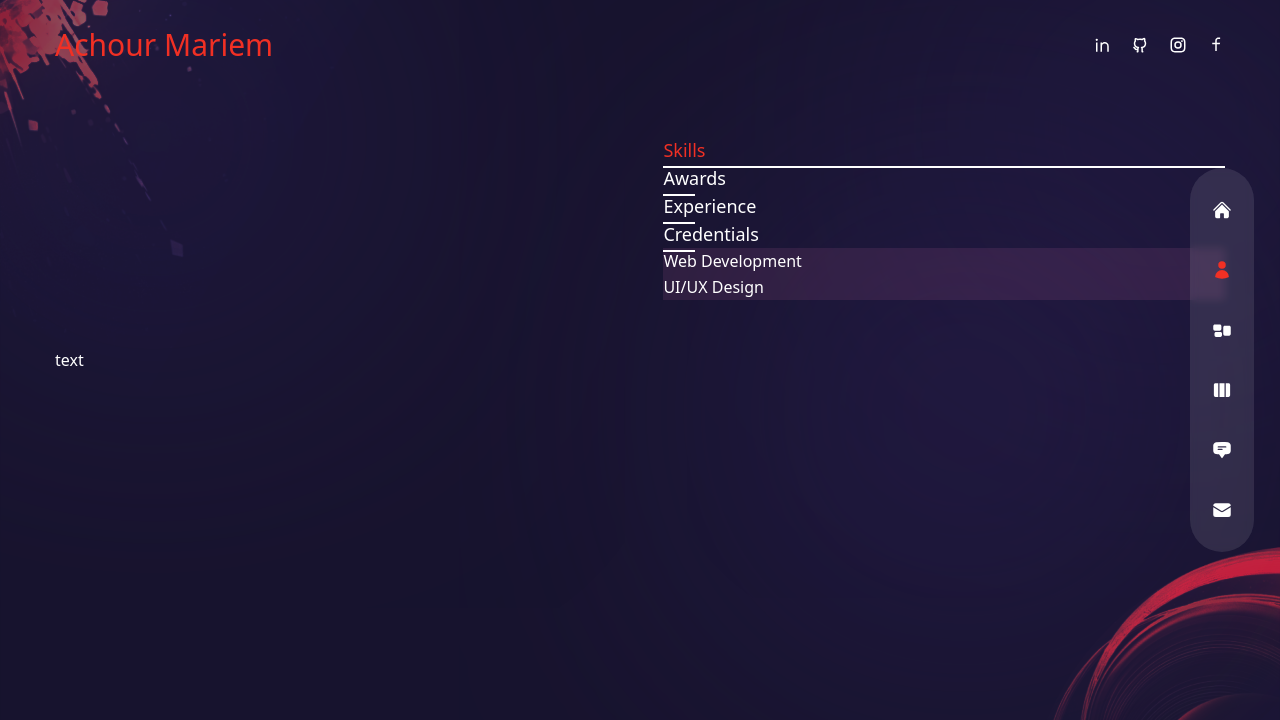
Repository: AchourMaryem/My-personal-portfolio
Page: /about
The author's editor kept a copy of each file at every save. The page is drawn from the files as they stood at one save, then again after a run of saves.
The browser window is 1280 px wide. The pictures show the whole page.
The project was rebuilt for these pictures with package versions that can differ from the ones it lists, and the page was loaded fresh each time. The framework's server and built-in components were replaced by stand-ins that run in the browser. Also part of the build but not shown: next.config.js.

Above is the page before, as saved 2023-09-22 02:15:36.

### pages/_app.js
import '../styles/globals.css';
import Layout from '../components/Layout';
import Transition from '../components/Transition';
import { useRouter } from 'next/router';
import { AnimatePresence, motion } from 'framer-motion';

function MyApp({ Component, pageProps }) {
  const router = useRouter();
  return(
  <Layout>
    <AnimatePresence mode='wait'>
      <motion.div key={router.route} className='h-full'>
        <Transition />
        <Component {...pageProps} />
      </motion.div>
  </AnimatePresence>
  </Layout>
  );
}

export default MyApp;

### pages/about/index.js
import React, { useState } from 'react';

// icons
import {
  FaHtml5,
  FaCss3,
  FaJs,
  FaReact,
  FaWordpress,
  FaFigma,
} from "react-icons/fa";

import {
  SiNextdotjs,
  SiFramer,
  SiAdobexd,
  SiAdobephotoshop,
} from "react-icons/si";


//  data
export const aboutData = [
  {
    title: 'skills',
    info: [
      {
        title: 'Web Development',
        icons: [
          <FaHtml5 />,
          <FaCss3 />,
          <FaJs />,
          <FaReact />,
          <SiNextdotjs />,
          <SiFramer />,
          <FaWordpress />,
        ],
      },
      {
        title: 'UI/UX Design',
        icons: [<FaFigma />, <SiAdobexd />, <SiAdobephotoshop />],
      },
    ],
  },
  {
    title: 'awards',
    info: [
      {
        title: 'Webby Awards - Honoree',
        stage: '2011 - 2012',
      },
      {
        title: 'Adobe Design Achievement Awards - Finalist',
        stage: '2009 - 2010',
      },
    ],
  },
  {
    title: 'experience',
    info: [
      {
        title: 'UX/UI Designer - XYZ Company',
        stage: '2012 - 2023',
      },
      {
        title: 'Web Developer - ABC Agency',
        stage: '2010 - 2012',
      },
      {
        title: 'Intern - DEF Corporation',
        stage: '2008 - 2010',
      },
    ],
  },
  {
    title: 'credentials',
    info: [
      {
        title: 'Web Development - ABC University, LA, CA',
        stage: '2011',
      },
      {
        title: 'Computer Science Diploma - AV Technical Institute',
        stage: '2009',
      },
      {
        title: 'Certified Graphic Designer - ABC Institute, Los Angeles, CA',
        stage: '2006',
      },
    ],
  },
];

import Avatar from '../../components/Avatar';
import Circles from '../../components/Circles';
import {motion} from 'framer-motion';
import {fadeIn} from '../../variants';

const About = () => {
  const [index,setIndex] = useState(0);
  return (
  <div className='h-full bg-primary/30 py-32 text-center xl:text-left'>
    <Circles />
    <motion.div
     variants={fadeIn('right',0.2)}
      initial="hidden"
      animate="show"
      exit="hidden"
      className='hidden xl:flex absolute bottom-0 -left-[370px]'>
<Avatar />
    </motion.div>
    <div className='container mx-auto h-full flex felx-col items-center xl:flex-row gap-x-6'>
      <div className='flex-1 flex flex-col justify-center'>text</div>
      <div className='flex flex-col w-full xl:max-w-[48%] h-[480px]'>
        <div className='flex gap-x-4 xl:gap-x-8 mx-auto xl:mx-0 mb-4'>
        </div>
        <div>
          {aboutData.map((item, itemIndex)=>{
            return (
              <div
              key={itemIndex}
              className={`${index === itemIndex && 'text-accent after:w-[100%] after:bg-accent after:transition-all after:duration-300'} cursor-pointer capitalize xl:text-lg relative after:w-8 after:h-[2px] after:bg-white after:absolute after:-bottom-1 after:left-0`}
           onClick={()=> setIndex(itemIndex)}
           >
              {item.title}
            </div>
            );
          })}
        </div>
        <div className='bg-pink-400/10'>
  {aboutData[index].info.map((item, itemIndex) => {
    return (
      <div key={itemIndex}>
        <div>{item.title}</div>
      </div>
    );
  })}
</div>

      </div>
    </div>
  </div>
  );
};

export default About;

### styles/globals.css
@tailwind base;
@tailwind components;
@tailwind utilities;

.translate-z-0 {
  transform: translateZ(0px);
}
.swiper-horizontal > .swiper-pagination-bullets .swiper-pagination-bullet,
.swiper-pagination-horizontal.swiper-pagination-bullets
  .swiper-pagination-bullet {
  background-color: #f13024;
}

.swiper-button-next:after,
.swiper-button-prev:after,
.swiper-button-next:after,
.swiper-rtl .swiper-button-prev:after {
  color: #f13024;
}

@layer base {
  body {
    @apply bg-secondary overflow-hidden leading-relaxed;
  }
  .page {
    @apply w-full h-screen overflow-hidden;
  }
  .h1 {
    @apply text-[35px] leading-tight md:text-[60px] md:leading-[1.3] mb-8 font-semibold;
  }
  .h2 {
    @apply text-[35px] leading-tight md:text-[54px] md:leading-[1.3] mb-4 font-semibold;
  }
  p {
    @apply leading-[1.8] text-white/60 font-light;
  }
  .btn,
  .input {
    @apply h-[52px];
  }
  .input {
    @apply w-full h-[52px] rounded-lg pl-6 capitalize;
  }
  .input,
  .textarea {
    @apply bg-transparent outline-none focus:ring-1 focus:ring-accent border border-white/20 placeholder:text-white/30 placeholder:font-light;
  }
  .textarea {
    @apply w-full h-[180px] p-6 capitalize rounded-lg resize-none;
  }
  .scrollable-content {
    /* Modifier la couleur de la barre de défilement en gris */
    scrollbar-width: thin;
    scrollbar-color: gray gray; /* Couleur de la barre de défilement et du track (fond) */
  }

  .scrollable-content::-webkit-scrollbar {
    width: 6px; /* Largeur de la barre de défilement */
  }

  .scrollable-content::-webkit-scrollbar-thumb {
    background-color: gray; /* Couleur de la barre de défilement */
  }

}

### components/Layout.js
import {Sora} from '@next/font/google'


const sora = Sora({
  subsets:['latin'],
  variable:'--font-sora',
  weight:['100','200','300','400','500','600','700','800'],
});
import Nav from '../components/Nav'
import Header from '../components/Header'
import TopLeftImg from '../components/TopLeftImg'

const Layout = ({children}) => {
  return <div className={'page bg-site text-white bg-cover bg-no-repeat ${sora.variable} font-sora relative '}>
   <TopLeftImg />
    <Nav />
    <Header />
    {children}
  </div>;
};

export default Layout;

### components/Transition.js
import {motion} from 'framer-motion';

const transitionVariants = {
  initial: {
    x: '100%',
    width: '100%',
  },
  animate: {
    x: '0%',
    width: '0%',
  },
  exit: {
    x: ['0%', '100%'],
    width: ['0%', '100%'],
  },
};

const Transition = () => {
  return (
    <>
      <motion.div
        className='fixed top-0 bottom-0 right-full w-screen h-screen z-30 bg-[#2e2257]'
        variants={transitionVariants}
        initial='initial'
        animate='animate'
        exit='exit'
        transition={{ delay: 0.2, duration: 0.6, ease: 'easeInOut' }}
      >
      </motion.div>
      <motion.div
        className='fixed top-0 bottom-0 right-full w-screen h-screen z-20 bg-[#3b2d71]'
        variants={transitionVariants}
        initial='initial'
        animate='animate'
        exit='exit'
        transition={{ delay: 0.4, duration: 0.6, ease: 'easeInOut' }}
      >
      </motion.div>
      <motion.div
        className='fixed top-0 bottom-0 right-full w-screen h-screen z-10 bg-[#4b3792]'
        variants={transitionVariants}
        initial='initial'
        animate='animate'
        exit='exit'
        transition={{ delay: 0.6, duration: 0.6, ease: 'easeInOut' }}
      >
      </motion.div>
    </>
  );
};

export default Transition;

### components/Avatar.js
import Image from 'next/image';

const Avatar = () => {
  return (
  <div className='hidden xl:flex xl:max-w-none'>
<Image
src={'/imagee.png'}
width={737}
height={678}
 alt=""
className='translate-z-0 w-full h-full'/>
  </div>
);
};

export default Avatar;

### components/Circles.js
import Image from 'next/image';

const Circles = () => {
  return (
  <div className='w-[200px] xl:w-[300px] absolute -right-16 -bottom-2 mix-blend-color-dodge animate-pulse duration-75 z-10'>
    <Image src={'/circles.png'}
     width={260}
     height={200}
      className='w-full h-full'
    alt="" />
  </div>);
};

export default Circles;

### components/Nav.js
// icons
import {
  HiHome,
  HiUser,
  HiViewColumns,
  HiRectangleGroup,
  HiChatBubbleBottomCenterText,
  HiEnvelope,
} from 'react-icons/hi2';

// nav data
export const navData = [
  { name: 'home', path: '/', icon: <HiHome /> },
  { name: 'about', path: '/about', icon: <HiUser /> },
  { name: 'services', path: '/services', icon: <HiRectangleGroup /> },
  { name: 'work', path: '/work', icon: <HiViewColumns /> },
  {
    name: 'testimonials',
    path: '/testimonials',
    icon: <HiChatBubbleBottomCenterText />,
  },
  {
    name: 'contact',
    path: '/contact',
    icon: <HiEnvelope />,
  },
];
import Link from 'next/link';
import { useRouter } from 'next/router';
const Nav = () => {
  const router = useRouter();
  const pathname = router.pathname;
  return (
    <nav className='flex flex-col items-center xl:justify-center gap-y-4 fixed h-max bottom-0 mt-auto xl:right-[2%] z-50 top-0 w-full xl:w-16 xl:max-w-md xl:h-screen' >
      {/*inner*/}
      <div className='flex w-full xl:flex-col items-center justify-between xl:justify-center gap-y-10 px-4 md:px-40 xl:px-0 h-[80px] xl:h-max py-8 bg-white/10 backdrop-blur-sm text-3xl xl:text-xl xl:rounded-full '>
        {navData.map((link, index) => {
         return(
          <Link
          className={`${link.path === pathname && 'text-accent'} relative flex items-center group hover:text-accent transition-all duration-300`}
          href={link.path}
          key={index}
          >

          {/* tooltip */}
          <div className='absolute pr-14 right-0 hidden xl:group-hover:flex'>
          <div className='bg-white relative flex text-primary itemscenter p-[6px] rounded-[3px]'>
          <div className='text-[12px] leading-none font-semibold capitalize'>
            {link.name}
            </div>
         {/* triangle */}
         <div className='border-solid border-l-white border-l-8 border-y-transparent border-y-[6px] border-r-0 absolute -right-2'></div>

          </div>
          </div>
         <div> {link.icon}</div>

        </Link>
        );
})}
      </div>
    </nav>
  );
};

export default Nav;

### components/Header.js
import Image from "next/image";
import Link from "next/link";
import { useRouter } from 'next/router';

import Socials from '../components/Socials';
const Header = () => {
  const router = useRouter();

  return (
    <header className="absolute z-30 w-full flex items-center px-16 xl:px-0 xl:h-[90px]">
      <div className="container mx-auto">
        <div className="flex flex-col lg:flex-row justify-between items-center py-8">
          {router.pathname === '/' ? (
            <Link href="/"></Link>
          ) : (
         <Link href="/" className="text-3xl text-accent "  >Achour Mariem</Link>
          )}
            <Socials>Socials</Socials>
        </div>
          </div>
    </header>

  );
};

export default Header;

### components/TopLeftImg.js
import Image from "next/image";
const TopLeftImg = () => {
  return <div className="absolute left-0 top-0 mix-blend-color-dodge z-10 w-[200px] xl:w-[400px] opacity-50">
    <Image src='/top-left-img.png' width={400} height={400}  alt=""/>
  </div>;
};

export default TopLeftImg;

### components/Socials.js
import Link from "next/link";
import {
  RiLinkedinLine,
  RiGithubLine,
  RiInstagramLine,
  RiFacebookLine} from 'react-icons/ri'
const Socials = () => {
  return (
  <div className="flex items-center gap-x-5 text-lg">
    <Link href={'https://www.linkedin.com/in/mariem-achour-915469235/'} target="_blank" rel="noopener noreferrer" className="hover:text-accent transition-all duration-300">
      <RiLinkedinLine />
    </Link>
    <Link href={'https://github.com/AchourMaryem?tab=repositories'} target="_blank" rel="noopener noreferrer" className="hover:text-accent transition-all duration-300">
      <RiGithubLine />
    </Link>
    <Link href={'https://www.instagram.com/maryem_achouur/'} className="hover:text-accent transition-all duration-300"target="_blank" rel="noopener noreferrer">
      <RiInstagramLine />
    </Link>
    <Link href={'https://www.facebook.com/profile.php?id=100070889742279'} className="hover:text-accent transition-all duration-300" target="_blank" rel="noopener noreferrer">
      <RiFacebookLine />
    </Link>
  </div>
  );
};

export default Socials;

Loaded but not shown: variants.js (common file); tailwind.config.js (common file)

After the next 6 saves:
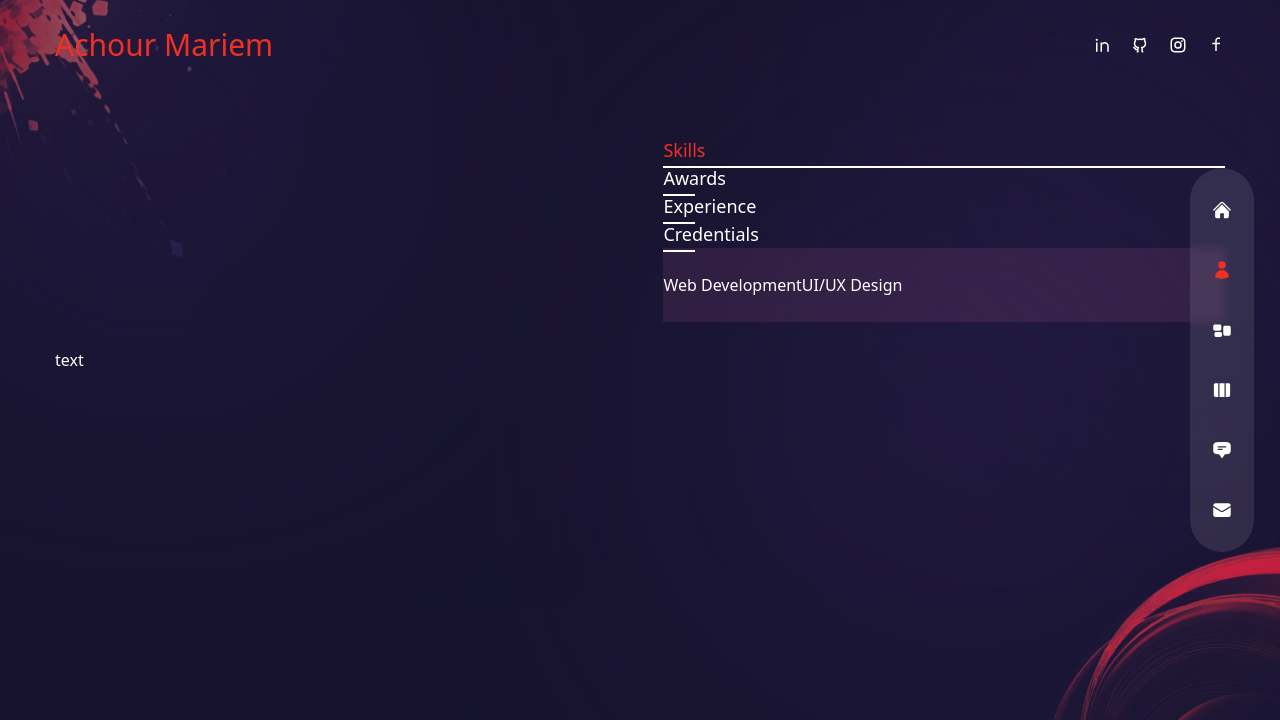
The 6 saves are shown as one change because they came seconds apart.
The last was saved 18 s later.
--- a/pages/about/index.js
+++ b/pages/about/index.js
@@ -126,7 +126,7 @@ const About = () => {
             );
           })}
         </div>
-        <div className='bg-pink-400/10'>
+        <div className='bg-pink-400/10 py-2 xl:py-6 flex'>
   {aboutData[index].info.map((item, itemIndex) => {
     return (
       <div key={itemIndex}>
